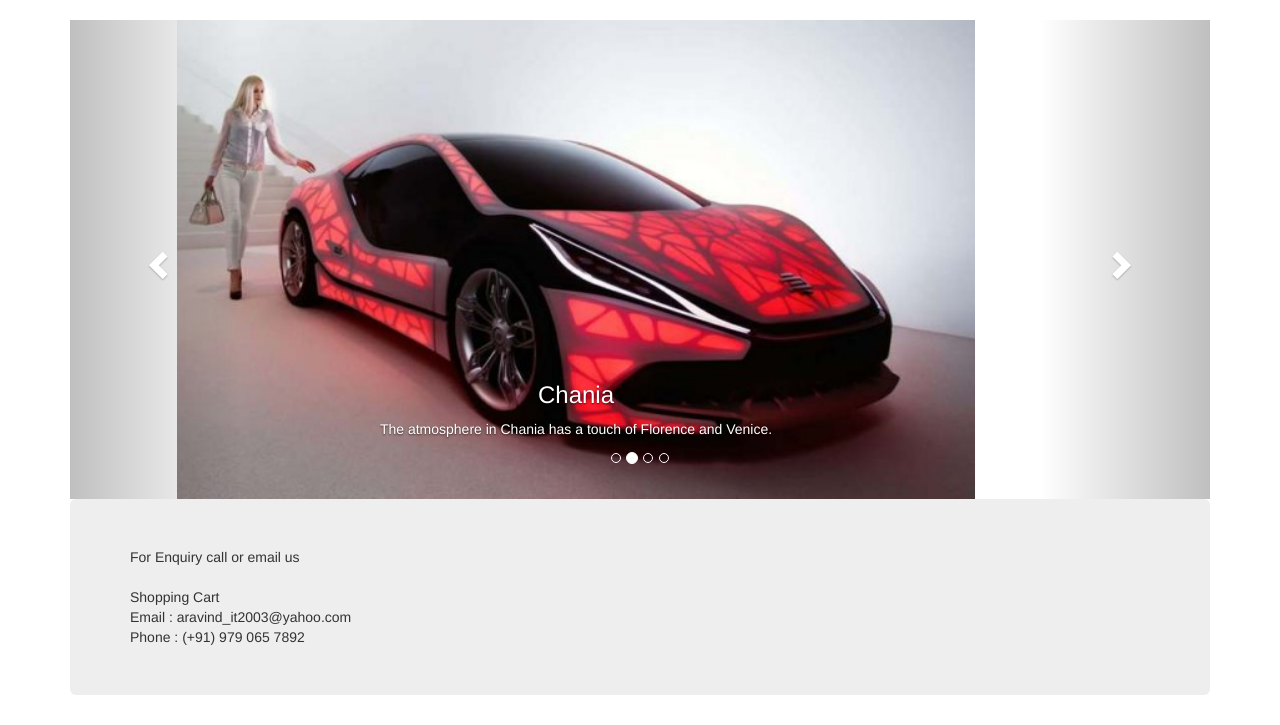
Repository: AravindMarshall/ShoppingCart
Page: http://localhost/Phineas/ContactUs.jsp
An editor plug-in stored every save of this project. The page is shown before and after the next save, followed by the edit.
The browser window is 1280 px wide. The pictures show the whole page.
The page is served by Tomcat 9.

Above is the page before, as saved 2016-06-11 19:23:13.

After the next save:
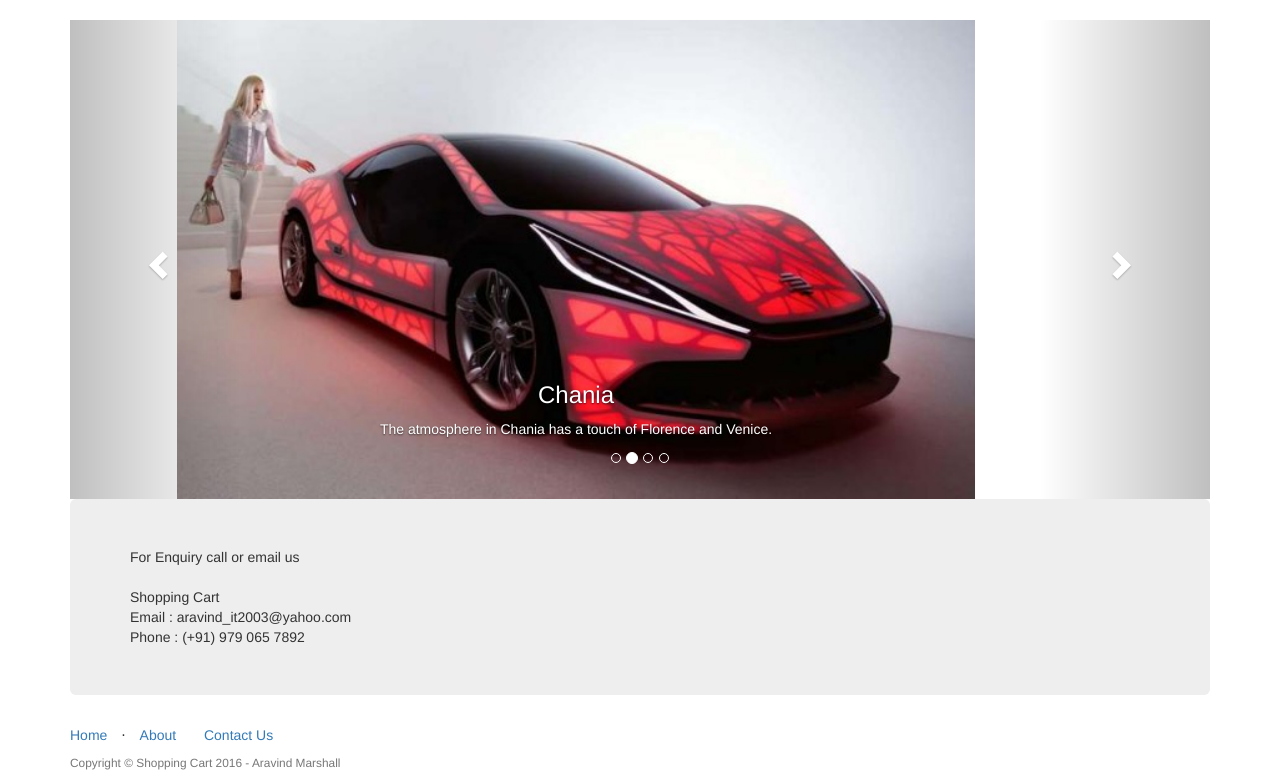
Saved 82 s later.
--- a/NIIT Shopping Cart/Phineas/WebContent/ContactUs.jsp
+++ b/NIIT Shopping Cart/Phineas/WebContent/ContactUs.jsp
@@ -87,5 +87,35 @@ Phone : (+91) 979 065 7892
 </div>
 </div>
 
+
+    <!-- /.container -->
+    <footer>
+        <div class="container">
+            <div class="row">
+                <div class="col-lg-12">
+                    <ul class="list-inline">
+                        <li>
+                            <a href="home.jsp">Home</a>
+                        </li>
+                        <li class="footer-menu-divider">&sdot;</li>
+                        <li>
+                            <a href="about.jsp">About</a>
+                        </li>
+                        <li class="footer-menu-divider"> </li>
+                        <li>
+                            <a href="ContactUs.jsp">Contact Us</a>
+                        </li>
+                    </ul>
+                    <p class="copyright text-muted small">Copyright &copy; Shopping Cart 2016 - Aravind Marshall</p>
+                </div>
+            </div>
+        </div>
+    </footer>
+
+
+<!-- Bootstrap Core JavaScript -->
+    <script src="js/bootstrap.min.js"></script>
+
+
 </body>
 </html>
